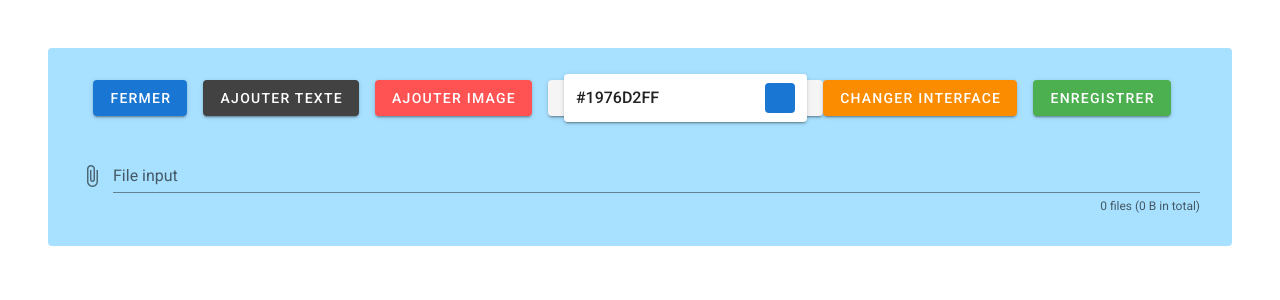
Repository: Hamagistral/BannerApp-Vue
Page: /#/dynamicPage
The author's editor kept a copy of each file at every save. The page is drawn from the files as they stood at one save, then again after a run of saves.
The browser window is 1280 px wide. The pictures show the whole page.
The project was rebuilt for these pictures with package versions that can differ from the ones it lists, and the page was loaded fresh each time. Also part of the build but not shown: vue.config.js, src/components/WidgetText.vue, src/components/WidgetImage.vue, src/components/Home.vue.

Above is the page before, as saved 2023-02-07 01:51:01.

After the next 2 saves:
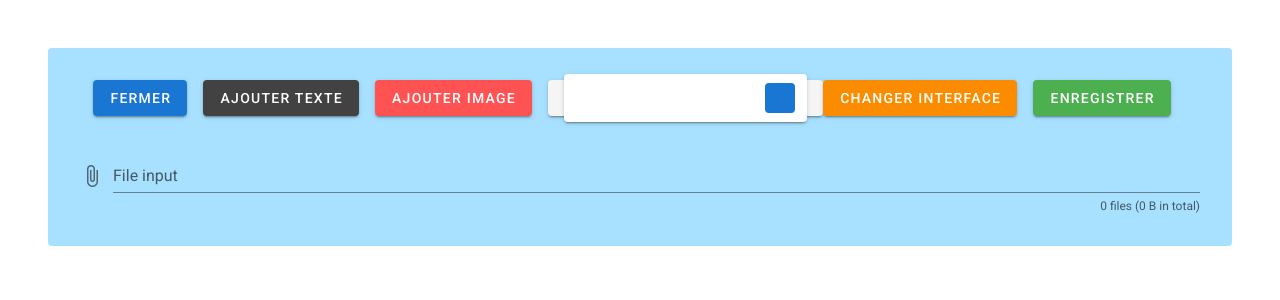
The 2 saves are shown as one change because they came seconds apart.
The last was saved 14 s later.
--- a/src/components/DynamicPage.vue
+++ b/src/components/DynamicPage.vue
@@ -15,7 +15,8 @@
         </v-btn>
 
         <v-btn>
-            <v-text-field v-model="color" v-mask="mask" hide-details class="ma-0 pa-0" solo>
+
+            <v-text-field  v-mask="mask" hide-details class="ma-0 pa-0" solo>
               <template v-slot:append>
                 <v-menu v-model="menu" top nudge-bottom="105" nudge-left="16" :close-on-content-click="false">
                   <template v-slot:activator="{ on }">
